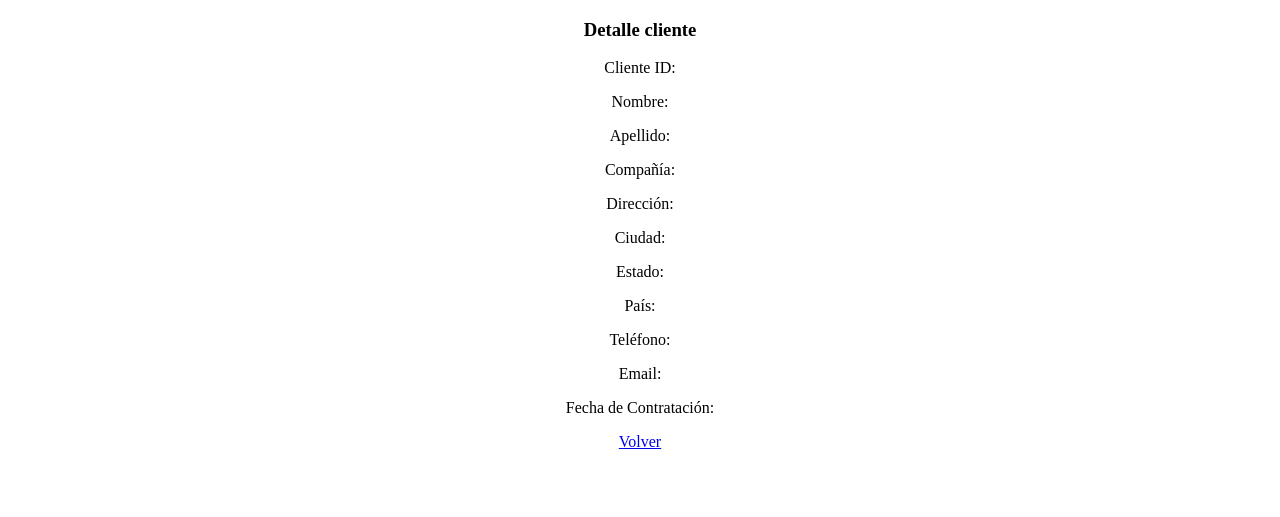
Repository: ANGELEDU141/EXAMEN-PROFE-RAUL
Page: http://localhost/demo/WEB-INF/views/Customer/detalle.jsp
An editor plug-in stored every save of this project. The page is shown before and after the next save, followed by the edit.
The browser window is 1280 px wide. The pictures show the whole page.
The page is served by Tomcat 9. Nobody is signed in. Other server files are loaded and not shown. The template is opened directly, without the code that normally fills it, so the values that code supplies are empty.

Above is the page before, as saved 2024-09-26 02:46:16.

### demo/src/main/webapp/WEB-INF/views/Customer/detalle.jsp
<%@ page language="java" contentType="text/html; charset=UTF-8"
    pageEncoding="UTF-8"%>
<!DOCTYPE html>
<html>
<head>
<meta charset="UTF-8">
<title>Detalle Cliente</title>
</head>
<body>

<div style="text-align: center;">
    <h3>Detalle cliente</h3>

    <p>Cliente ID: ${customer.customerId}</p>
    <p>Nombre: ${customer.firstName}</p>
    <p>Apellido: ${customer.lastName}</p>
    <p>Compañía: ${customer.company}</p>
    <p>Dirección: ${customer.address}</p>
    <p>Ciudad: ${customer.city}</p>
    <p>Estado: ${customer.state}</p>
    <p>País: ${customer.country}</p>
    <p>Teléfono: ${customer.phone}</p>
    <p>Email: ${customer.email}</p>
    <p>Fecha de Contratación: ${customer.hireDate}</p>

    <a href="/senati/customer/listar">Volver</a>
</div>

</body>
</html>

After the next save:
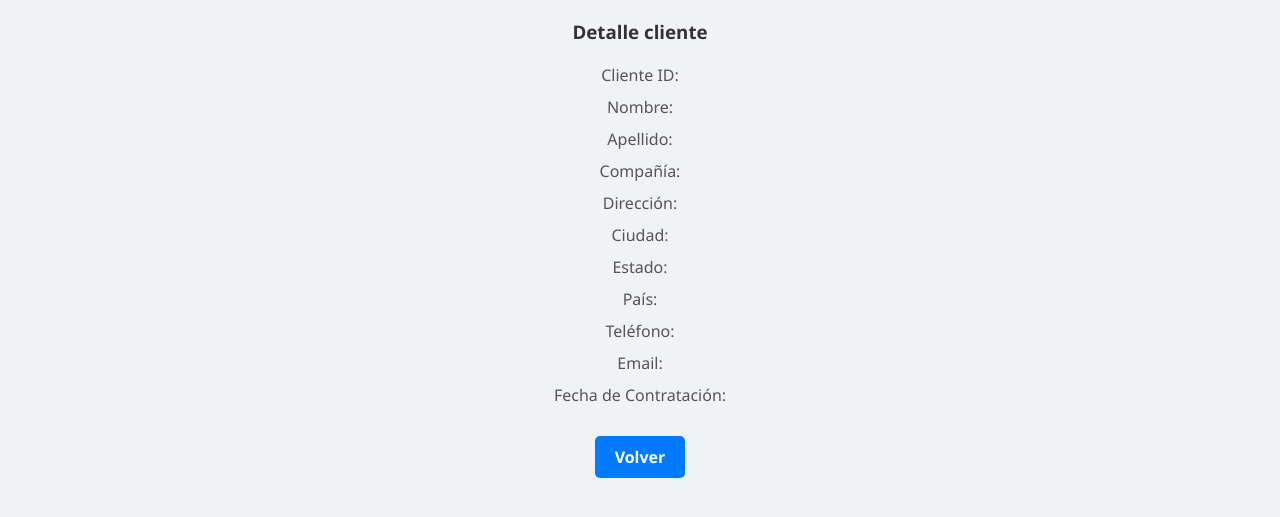
Saved 18 s later.
--- a/demo/src/main/webapp/WEB-INF/views/Customer/detalle.jsp
+++ b/demo/src/main/webapp/WEB-INF/views/Customer/detalle.jsp
@@ -5,6 +5,57 @@
 <head>
 <meta charset="UTF-8">
 <title>Detalle Cliente</title>
+
+<style type="text/css">
+
+body {
+    font-family: 'Segoe UI', Tahoma, Geneva, Verdana, sans-serif;
+    background-color: #f0f2f5;
+    margin: 0;
+    padding: 0;
+}
+
+.container {
+    width: 80%;
+    margin: 20px auto;
+    padding: 20px;
+    background-color: #fff;
+    box-shadow: 0 4px 8px rgba(0, 0, 0, 0.1);
+    border-radius: 10px;
+}
+
+h3 {
+    color: #333;
+    margin-bottom: 20px;
+}
+
+p {
+    margin: 10px 0;
+    font-size: 16px;
+    color: #555;
+}
+
+a {
+    display: inline-block;
+    margin-top: 20px;
+    padding: 10px 20px;
+    border: none;
+    border-radius: 5px;
+    background-color: #007BFF;
+    color: white;
+    font-weight: bold;
+    text-decoration: none;
+    transition: background-color 0.3s;
+}
+
+a:hover {
+    background-color: #0056b3;
+}
+
+a:active {
+    background-color: #003d80;
+}
+</style>
 </head>
 <body>
 
